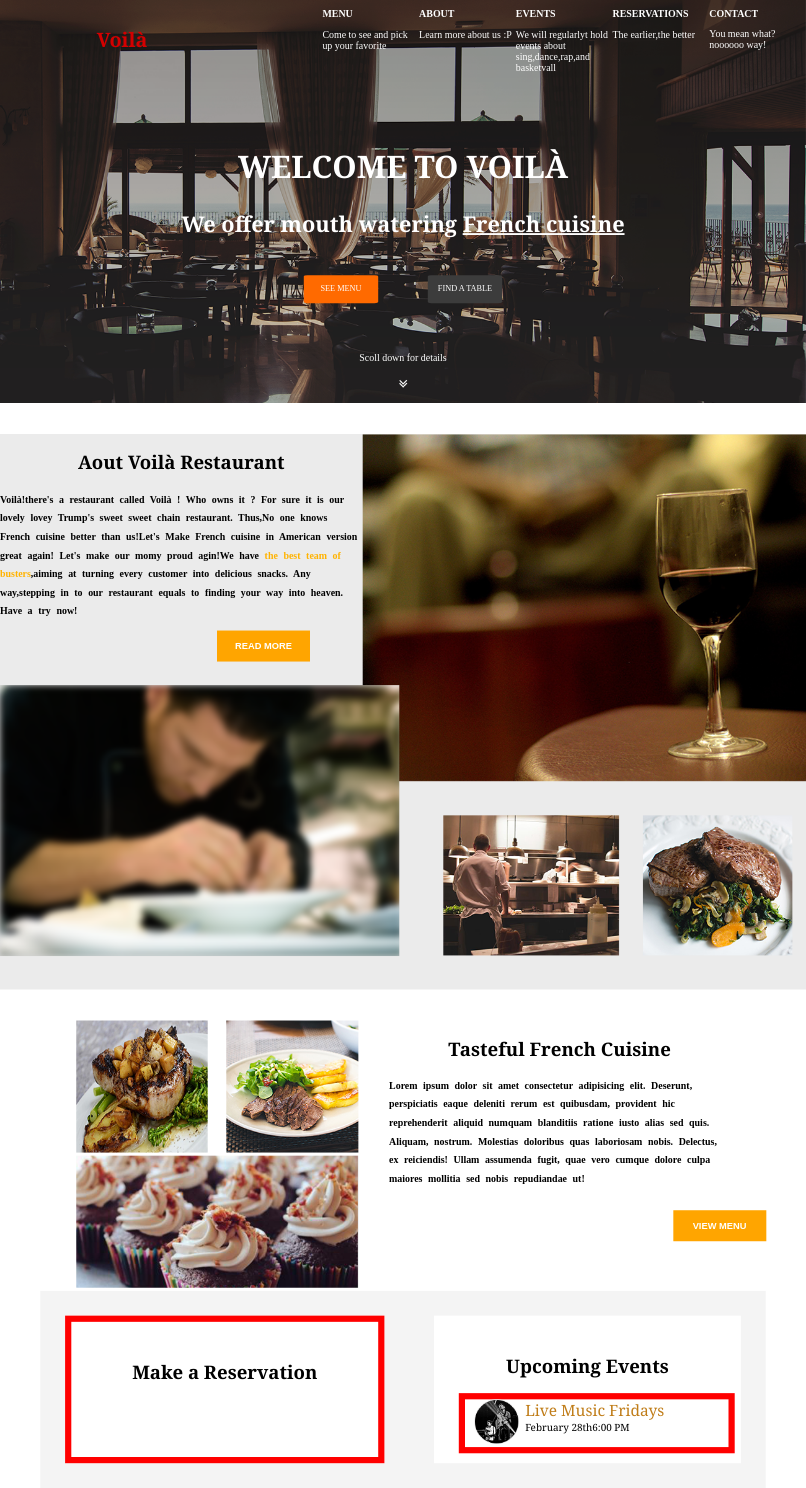
Repository: sis-shen/HTML_vsc
Page: adc_v2/index.html
The author's editor kept a copy of each file at every save. The page is drawn from the files as they stood at one save, then again after the next save.
The browser window is 1280 px wide. The page is 1300 px wide, so the pictures cover 1300 px, including what lies to the right of the window. The pictures show the whole page, at 62% of full size.

Above is the page before, as saved 2023-08-18 13:16:18.

After the next save:
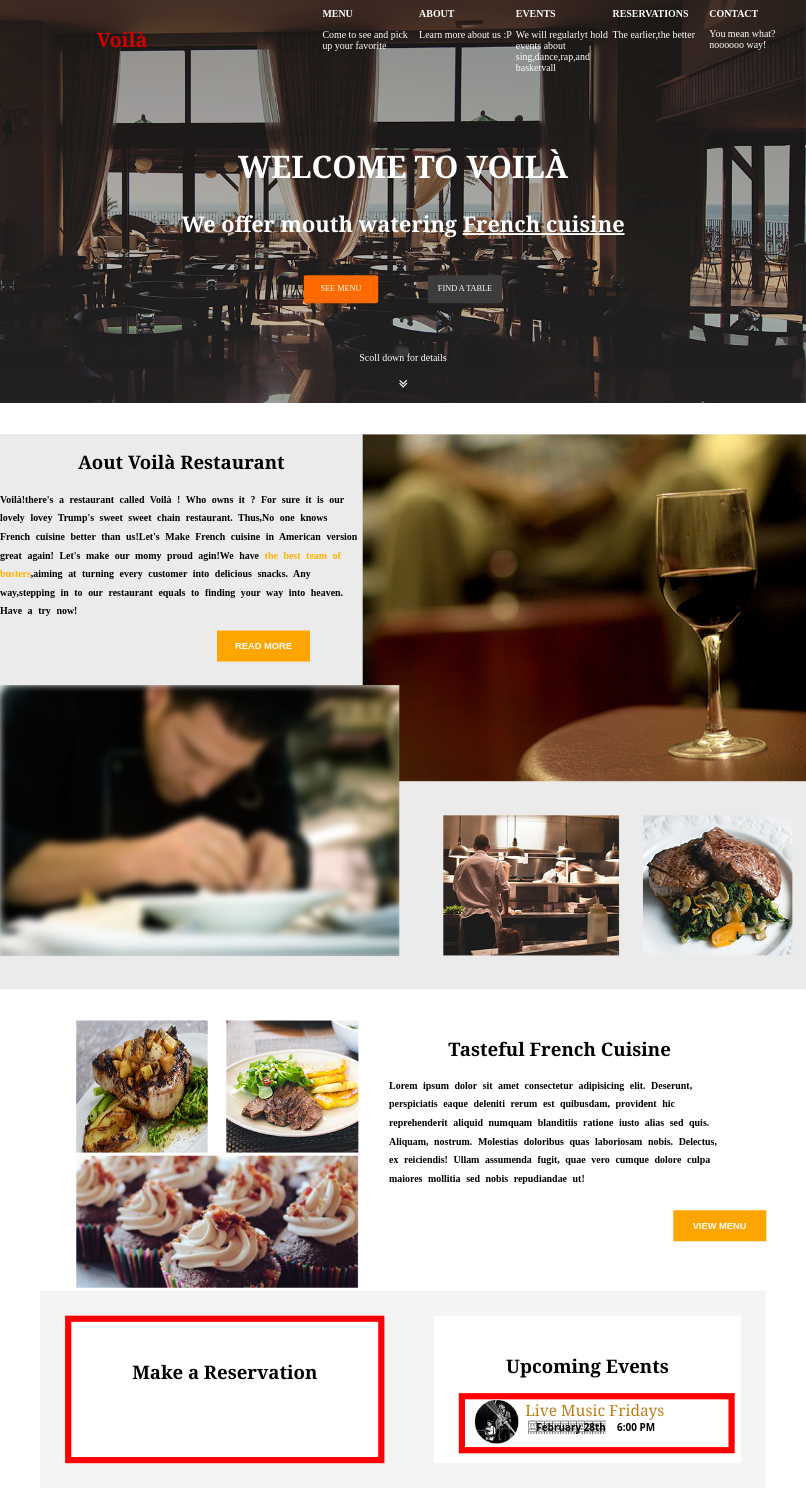
Saved 2 min 9 s later.
--- a/adc_v2/style.css
+++ b/adc_v2/style.css
@@ -356,7 +356,15 @@
                     .date{
                         display: flex;
 
-                        .daytime{
+                        .daytime1{
+                            margin-left: 5px;
+                            padding-left: 13px;
+                            font-family: system-ui, -apple-system, BlinkMacSystemFont, 'Segoe UI', Roboto, Oxygen, Ubuntu, Cantarell, 'Open Sans', 'Helvetica Neue', sans-serif;
+                            font-weight: 800;
+
+                            background-image: url("img/Date-icon.png");
+                        }
+                        .daytime2{
                             margin-left: 5px;
                             padding-left: 13px;
                             font-family: system-ui, -apple-system, BlinkMacSystemFont, 'Segoe UI', Roboto, Oxygen, Ubuntu, Cantarell, 'Open Sans', 'Helvetica Neue', sans-serif;
